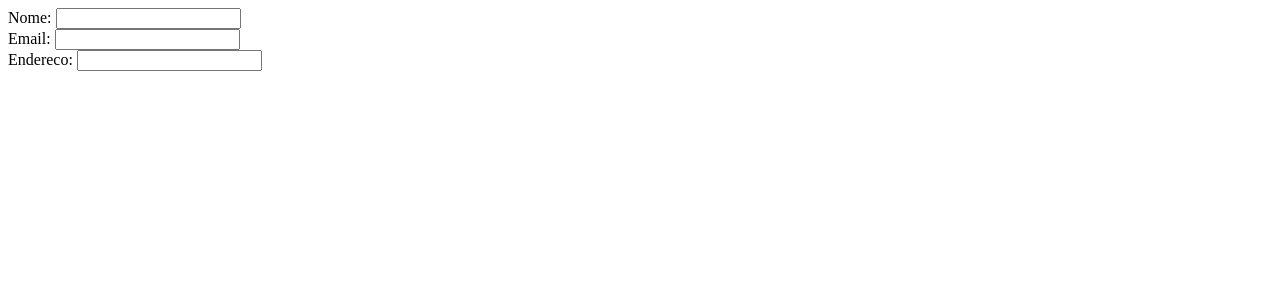
Repository: sergioweber79/aula-java
Page: aula-java-web/src/main/webapp/logged/index.html
The author's editor kept a copy of each file at every save. The page is drawn from the files as they stood at one save, then again after the next save.
The browser window is 1280 px wide. The pictures show the whole page.

Above is the page before, as saved 2016-02-22 16:45:38.

### aula-java-web/src/main/webapp/logged/index.html
<!DOCTYPE html>
<html>
	<head>
		<meta charset="UTF-8">
		<title>Cadastro Usuarios</title>
	</head>
	<body>
		<form action="/servlet">

			Nome: <input type="text" name="name">
			<br/>
			Email:  <input type="text" name="email">
			<br/>
			Endereco:  <input type="text" name="address">


		</form>
	</body>
</html>

After the next save:
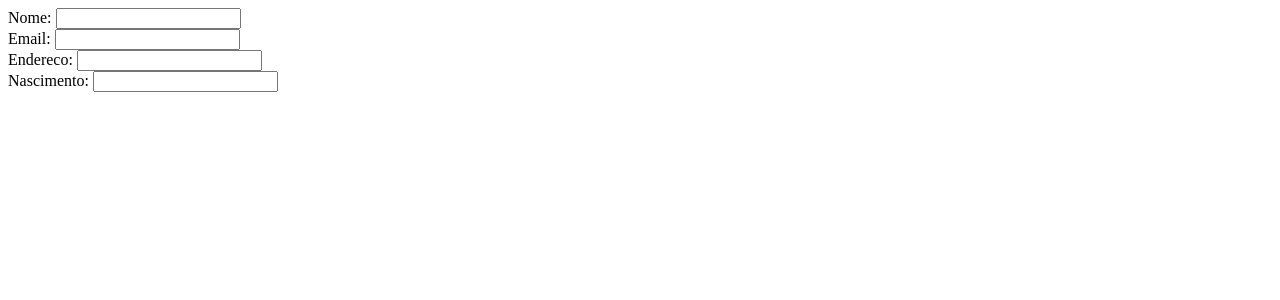
Saved 19 s later.
--- a/aula-java-web/src/main/webapp/logged/index.html
+++ b/aula-java-web/src/main/webapp/logged/index.html
@@ -12,6 +12,8 @@
 			Email:  <input type="text" name="email">
 			<br/>
 			Endereco:  <input type="text" name="address">
+			<br/>
+			Nascimento:  <input type="text" name="birthDay">
 
 
 		</form>
